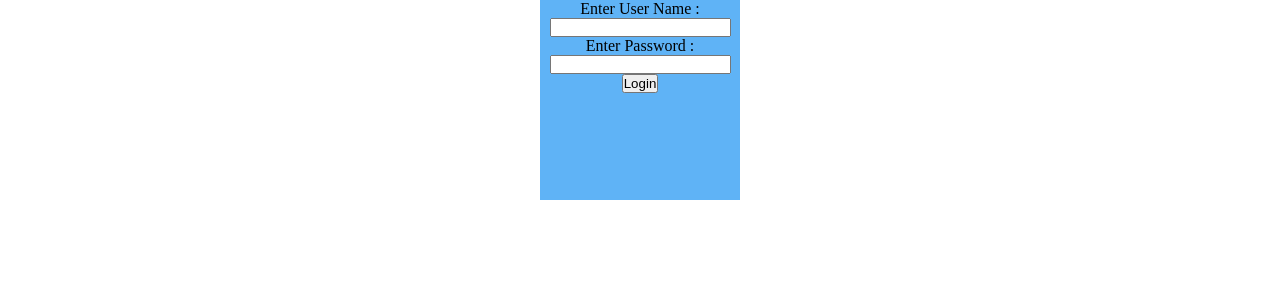
Repository: MyselfAman/Login_Page_Servlet
Page: http://localhost/Login_Page/login.jsp
These files come from the project's save history. The page is drawn as it stood at one moment and after the next save; the edit follows.
The browser window is 1280 px wide. The pictures show the whole page.
The page is served by Tomcat 9. Other server files are loaded and not shown.

Above is the page before, as saved 2019-08-08 03:58:52.

### Login_Page/WebContent/login.jsp
<%@ page language="java" contentType="text/html; charset=ISO-8859-1"
    pageEncoding="ISO-8859-1"%>
<!DOCTYPE html>
<html>
<head>
<meta charset="ISO-8859-1">
<title>LearnToCode | Login</title>
 <link href="style.css" rel="stylesheet" type="text/css">
</head>
<body>


	<form action="login" class="login">
	 Enter User Name :<input type="text" name="username" ><br>
	  Enter Password :<input type="password" name="password"><br>
	  <input type="submit" value="Login">
	</form>
</body>
</html>

### Login_Page/WebContent/style.css
@charset "ISO-8859-1";


*{
	margin:0px;
	padding:0px;
}

body{

}

.login{
	margin: auto;
	text-align: center;
	background-color:#5fb3f6;
	height:200px;
	width: 200px;
}

After the next save:
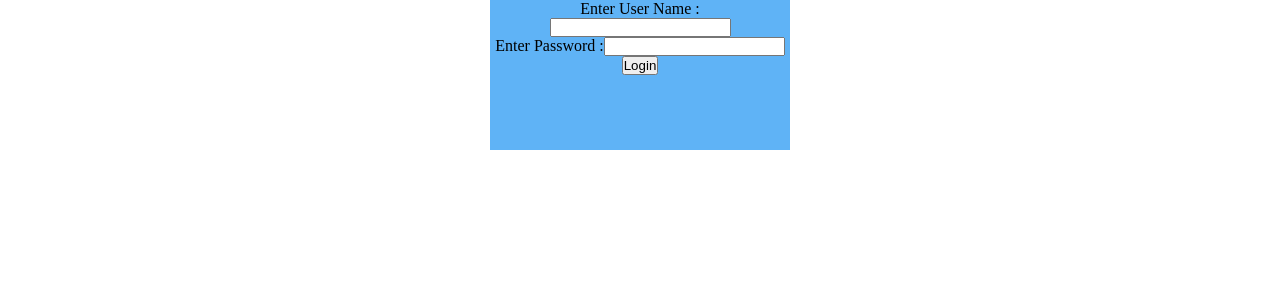
Saved 63 s later.
--- a/Login_Page/WebContent/style.css
+++ b/Login_Page/WebContent/style.css
@@ -14,6 +14,6 @@ body{
 	margin: auto;
 	text-align: center;
 	background-color:#5fb3f6;
-	height:200px;
-	width: 200px;
+	height:150px;
+	width: 300px;
 }
